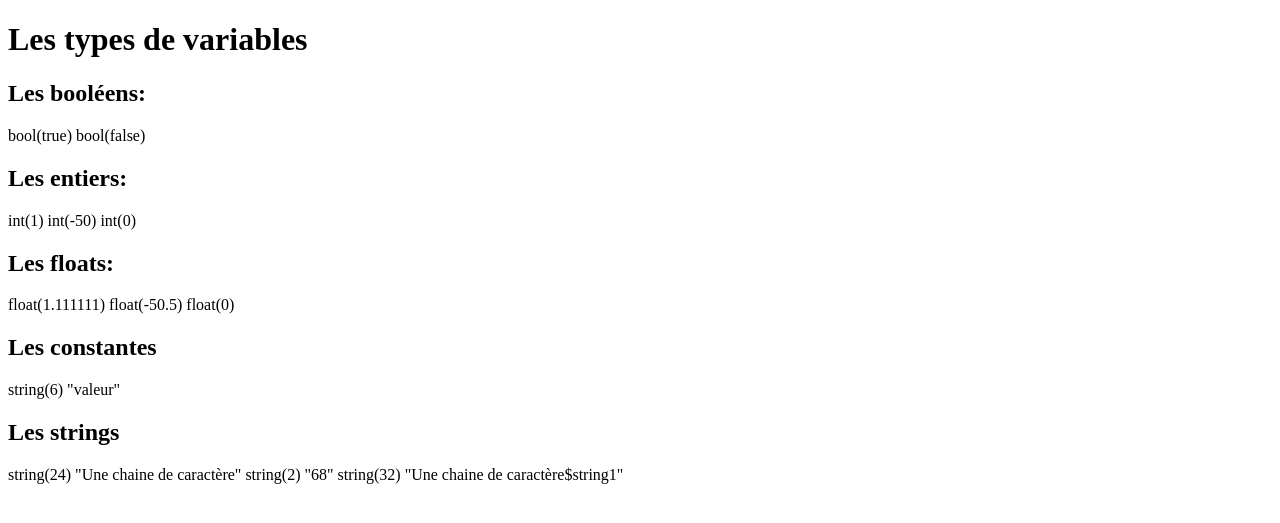
Repository: QuentinFayt/base-php-2021
Page: http://localhost/les variables.php
An editor plug-in stored every save of this project. The page is shown before and after the next save, followed by the edit.
The browser window is 1280 px wide. The pictures show the whole page.
The page is run by PHP 8.4 with error messages shown; the project is at /var/www/html/.

Above is the page before, as saved 2021-07-07 10:01:33.

### les variables.php
<!DOCTYPE html>
<html lang="en">
<head>
    <meta charset="UTF-8">
    <meta http-equiv="X-UA-Compatible" content="IE=edge">
    <meta name="viewport" content="width=device-width, initial-scale=1.0">
    <title>Les types de variables</title>
</head>
<body>
    <h1>Les types de variables</h1>
    <h2>Les booléens:</h2>
    <?php

    $bin1=true;
    $bin2=false;

    /*On pourrait utiliser print_r() pour afficher le contenu de ces deux variables, mais
    une variable false ne s'affichera pas (afficherait 1 pour true)*/
    var_dump($bin1,$bin2);
    ?>
    <h2>Les entiers:</h2>
    <?php

    $int1=1;
    $int2=(int)"-50";
    $int3=(int)0.5;

    var_dump($int1,$int2,$int3);
    ?>
    <h2>Les floats:</h2>
    <?php

    $float1=1.111111;
    $float2=(float)"-50.50";
    $float3=(float)0;

    var_dump($float1,$float2,$float3);
    ?>
    <h2>Les constantes</h2>
    <?php

    define("MA_CONSTANTE", "valeur");

    var_dump(MA_CONSTANTE);
    ?>
    <h2>Les strings</h2>
    <?php

    $string1="Une chaine de caractère";
    $string2="68";
    $string3="$string1".'$string1';

    var_dump($string1,$string2,$string3);
    ?>
</body>
</html>

After the next save:
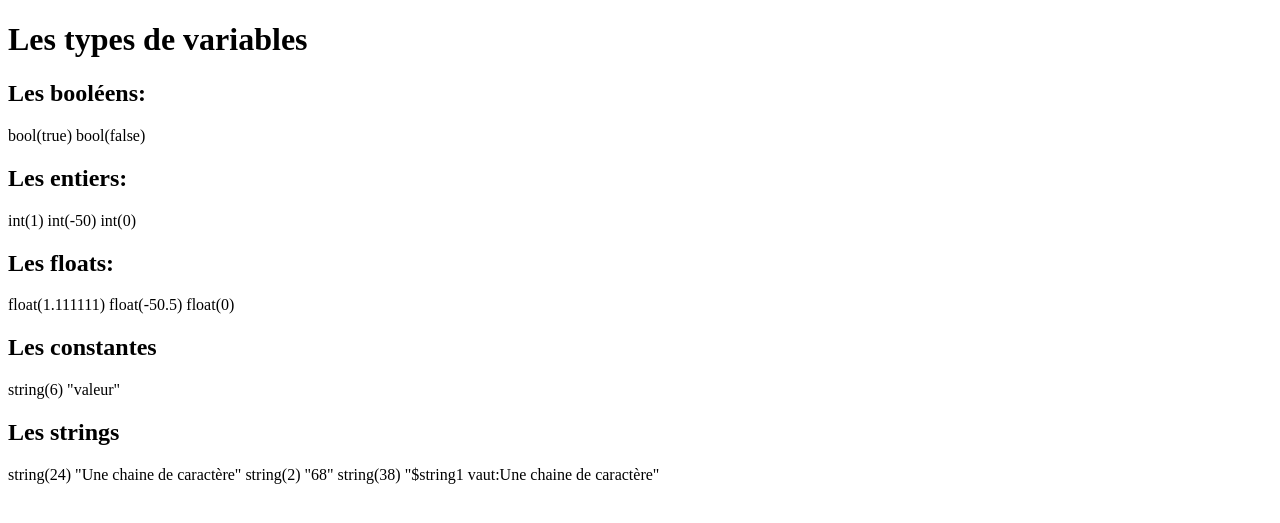
Saved 35 s later.
--- a/les variables.php
+++ b/les variables.php
@@ -48,7 +48,7 @@
 
     $string1="Une chaine de caractère";
     $string2="68";
-    $string3="$string1".'$string1';
+    $string3='$string1 vaut:'."$string1";
 
     var_dump($string1,$string2,$string3);
     ?>
